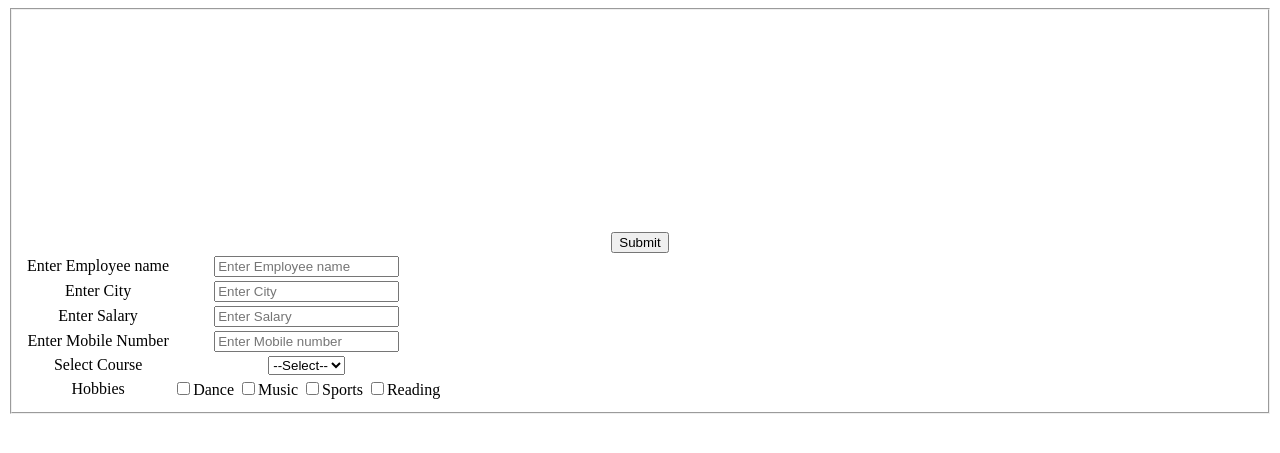
Repository: bigee1397/22-3-2024
Page: http://localhost/RDDemo/
An editor plug-in stored every save of this project. The page is shown before and after the next save, followed by the edit.
The browser window is 1280 px wide. The pictures show the whole page.
The page is served by Tomcat 9. Other server files are loaded and not shown.

Above is the page before, as saved 2024-03-15 04:51:57.

### jspandservlets/RDDemo/src/main/webapp/index.jsp
<%@ page language="java" contentType="text/html; charset=ISO-8859-1"
    pageEncoding="ISO-8859-1" %>
<!DOCTYPE html>
<html>
<head>
<meta charset="ISO-8859-1">
<title>Insert title here</title>
</head>
<body>
	<fieldset align="center">
		<form action="registerServlet" method="post">
			<table>
				<tr>
					<td>Enter Employee name</td>
					<td><input type="text" name="employeeName" placeholder="Enter Employee name" /> </td>
				</tr>
				<tr>
					<td>Enter City</td>
					<td><input type="text" name="city" placeholder="Enter City" /> </td>
				</tr>
				<tr>
					<td>Enter Salary</td>
					<td><input type="number" name="salary" placeholder="Enter Salary" /> </td>
				</tr>
				<tr>
					<td>Enter Mobile Number</td>
					<td><input type="tel" name="mobile" placeholder="Enter Mobile number" /> </td>
				</tr>
				<tr>
					<td>Select Course</td>
					<td>
						<select name="course">
				            <option>--Select--</option>
				            <option value="Java">Java</option>
				            <option value="Spring">Spring</option>
				            <option value="Angular">Angular</option>
				            <option value="Node">Node</option>
			        	</select>
			        </td>
				</tr>
				<tr>
					<td>Hobbies</td>
					<td>
						<input type="checkbox" name="hobby" value="dance">Dance
				        <input type="checkbox" name="hobby" value="music">Music
				        <input type="checkbox" name="hobby" value="sports">Sports
				        <input type="checkbox" name="hobby" value="reading">Reading
			        </td>
				</tr>

		    	<br><br>

		    	<br><br>

		    	<br><br>

		    	<br><br>


		        <br><br>


		        <br><br>
		        <input type="submit" value="Submit">
			</table>
		</form>
	</fieldset>
</body>
</html>

After the next save:
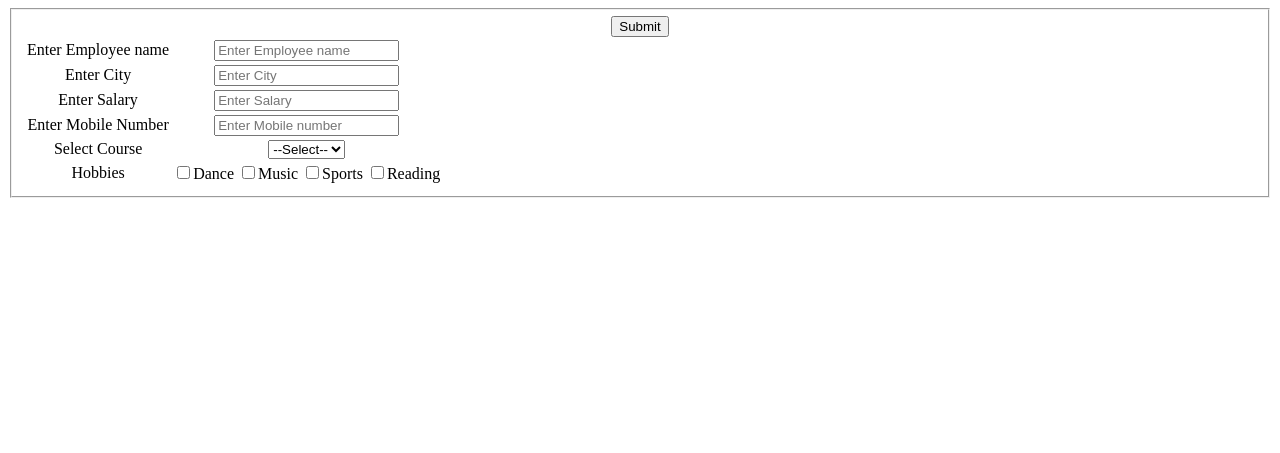
Saved 8 s later.
--- a/jspandservlets/RDDemo/src/main/webapp/index.jsp
+++ b/jspandservlets/RDDemo/src/main/webapp/index.jsp
@@ -47,20 +47,6 @@
 				        <input type="checkbox" name="hobby" value="reading">Reading
 			        </td>
 				</tr>
-
-		    	<br><br>
-
-		    	<br><br>
-
-		    	<br><br>
-
-		    	<br><br>
-
-
-		        <br><br>
-
-
-		        <br><br>
 		        <input type="submit" value="Submit">
 			</table>
 		</form>
